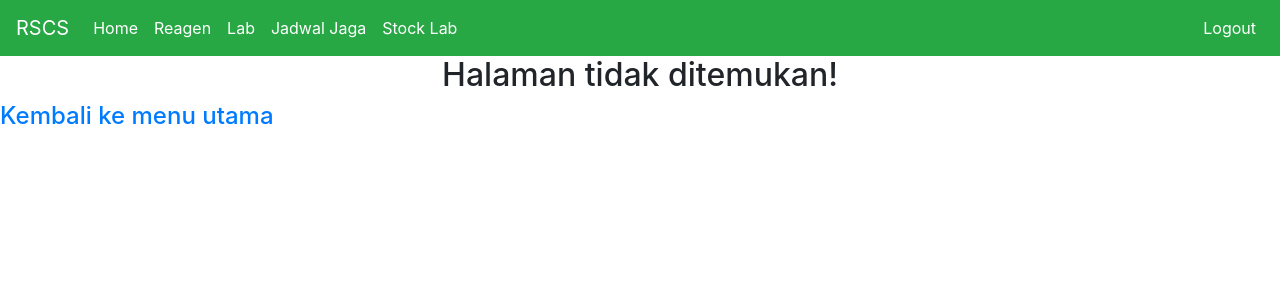
Repository: usamah1707/Tugas-Akhir-Kelompok-6
Page: http://localhost/error/404
These files come from the project's save history. The page is drawn as it stood at one moment and after the next save; the edit follows.
The browser window is 1280 px wide. The pictures show the whole page.
The page is this project's Thymeleaf template; nobody is signed in. The template is opened directly, without the code that normally fills it, so the values that code supplies are empty.

Above is the page before, as saved 2019-06-04 07:10:24.

### TA_6/src/main/resources/templates/error/404.html
<!DOCTYPE html>
<html xmlns:th="http://www.thymeleaf.org">
<head>
	<object th:include="fragments/fragment :: css" th:remove="tag"></object>
	<object th:include="fragments/fragment :: js" th:remove="tag"></object>
</head>

<body>
<nav th:replace="fragments/fragment :: navbar"></nav>
		<h2 align = "center">Halaman tidak ditemukan!</h2>
		<h4><a th:href="@{/}">Kembali ke menu utama</a></h4>
	</body>
</html>

### TA_6/src/main/resources/templates/fragments/fragment.html
<!DOCTYPE html>
<html xmlns:th="http://www.thymeleaf.org">

<head>
    <title>Home</title>
	<head th:fragment="metas">
		<meta charset="utf-8">
    	<meta name="viewport" content="width=device-width, initial-scale=1, shrink-to-fit=no">
	</head>
    <head th:fragment="css">
    	<link rel="stylesheet" th:href="@{/css/style.css}">
        <link rel="stylesheet" th:href="@{/css/bootstrap.min.css}">

    </head>

    <head th:fragment="js">
    	<script
  src="https://code.jquery.com/jquery-3.3.1.js"
  integrity="sha256-2Kok7MbOyxpgUVvAk/HJ2jigOSYS2auK4Pfzbm7uH60="
  crossorigin="anonymous"></script>
        <script th:src="@{/js/bootstrap.min.js}"></script>
    </head>
</head>

<body>
    <nav th:fragment="navbar" class="navbar navbar-expand-lg navbar-dark bg-success">
        <a class="navbar-brand" th:href="@{/}">RSCS</a>
        <div class="collapse navbar-collapse" id="navbarSupportedContent">
            <ul class="navbar-nav mr-auto">
                <li class="nav-item active">
                    <a class="nav-link" th:href="@{/}">Home</a>
                </li>

                <li class="nav-item active">
                    <a class="nav-link" th:href="@{/lab/kebutuhan}">Reagen</a>
                </li>
                 <li class="nav-item active">
                    <a class="nav-link" th:href="@{/lab/pemeriksaan}">Lab</a>
                </li>
                <li class="nav-item active">
                    <a class="nav-link" th:href="@{/lab/jadwal-jaga/view}">Jadwal Jaga</a>
                </li>
                 <li class="nav-item active">
                    <a class="nav-link" th:href="@{/lab/stok}">Stock Lab</a>
                </li>
            </ul>
            <ul class="navbar-nav pull-right">
            	<li class="nav-item active">
            		<a class="nav-link" th:href="@{/logout}">Logout</a>
            	</li>
            </ul>
        </div>
    </nav>
</body>

</html>

### TA_6/src/main/resources/static/css/style.css
body {
  background: #34495e;
  font: normal 300 18px "Roboto", sans-serif;
}

#menu-nav {
  max-width: 1000px;
  margin: 130px auto;
  background-color: #ecf0f1;
  border-radius: 4px;
  box-shadow: 0 2px 5px rgba(0, 0, 0, 0.3);
}

#navigation-bar ul {
  border-radius: 4px;
  overflow: hidden;
}
#navigation-bar li {
  float: left;
  width: 20%;
}
#navigation-bar li:hover a::before {
  right: 0;
  left: 0;
}
#navigation-bar a {
  color: #848484;
  font-size: 20px;
  text-decoration: none;
  text-align: center;
  padding: 20px 0;
  display: block;
  position: relative;
  transition: all 0.3s ease;
}
#navigation-bar a:hover {
  color: #e74c3c;
}
#navigation-bar a::before {
  content: "";
  transition: all 0.4s ease-in-out;
  position: absolute;
  right: 50%;
  left: 50%;
  bottom: 0;
  height: 2px;
  background-color: #e74c3c;
}
#navigation-bar a:hover::before {
  right: 0;
  left: 0;
}

li {
	list-style: none;
}

Loaded but not shown: TA_6/src/main/resources/static/css/bootstrap.min.css (library); TA_6/src/main/resources/static/js/bootstrap.min.js (library)

After the next save:
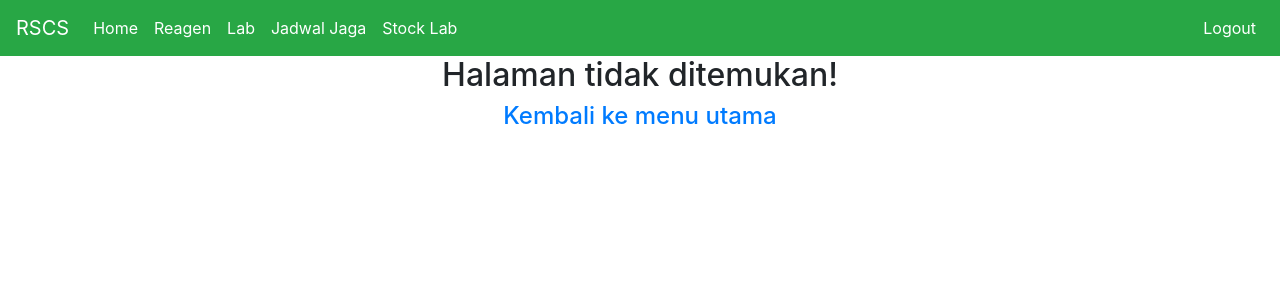
Saved 10 s later.
--- a/TA_6/src/main/resources/templates/error/404.html
+++ b/TA_6/src/main/resources/templates/error/404.html
@@ -8,6 +8,6 @@
 <body>
 <nav th:replace="fragments/fragment :: navbar"></nav>
 		<h2 align = "center">Halaman tidak ditemukan!</h2>
-		<h4><a th:href="@{/}">Kembali ke menu utama</a></h4>
+		<h4 align = "center"><a th:href="@{/}">Kembali ke menu utama</a></h4>
 	</body>
 </html>
